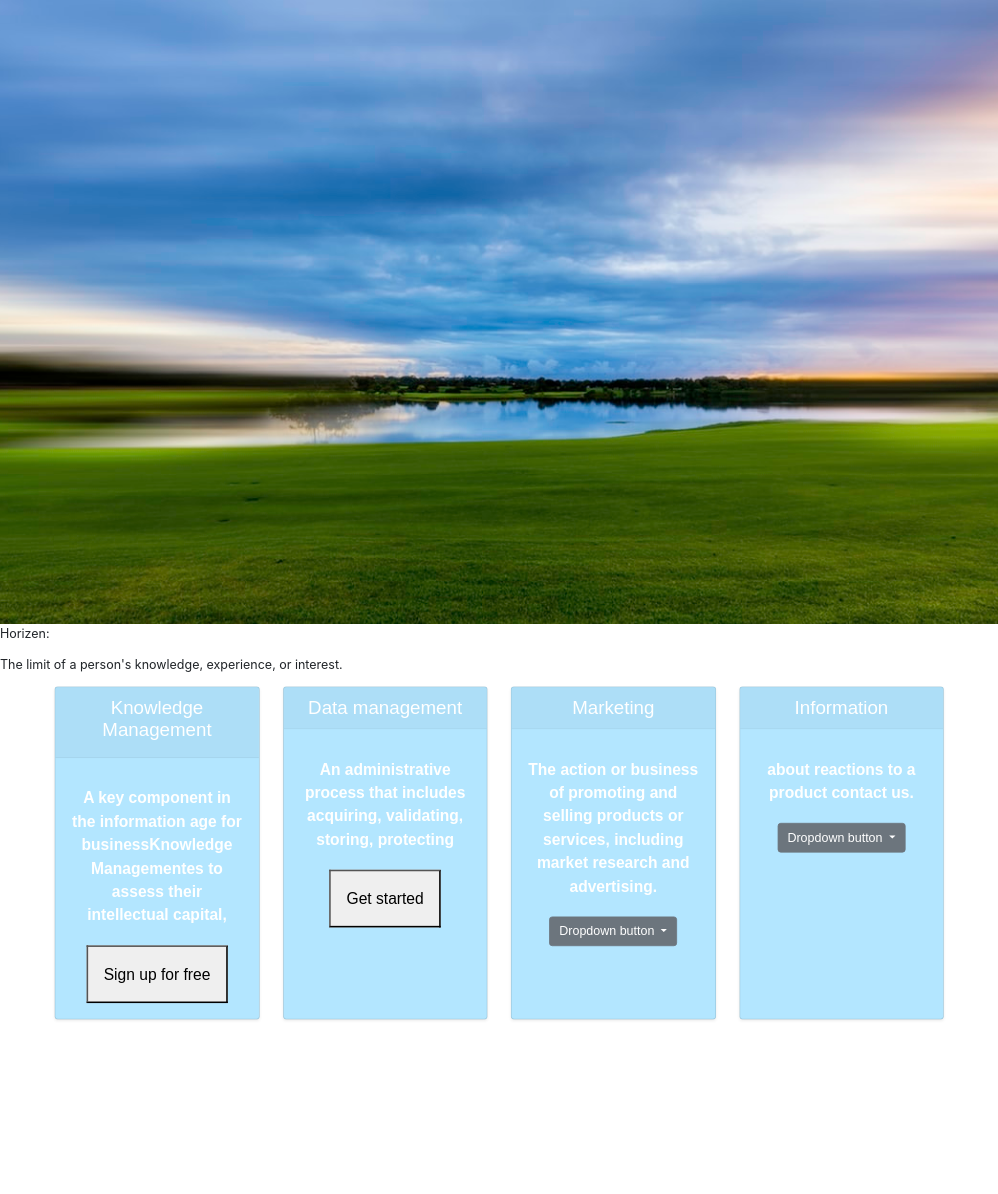
Repository: Code-Institute-Submissions/vahega-my-first-project
Page: index.html
The author's editor kept a record of every edit. The page is drawn from the files as they stood at one moment, then again after the next edit.
The browser window is 1280 px wide. The pictures show the whole page, at 78% of full size.
Backgrounds fixed to the window are drawn as part of the page. Some web fonts or font styles are not loaded; a fallback is used.

Above is the page before.

After the next edit:
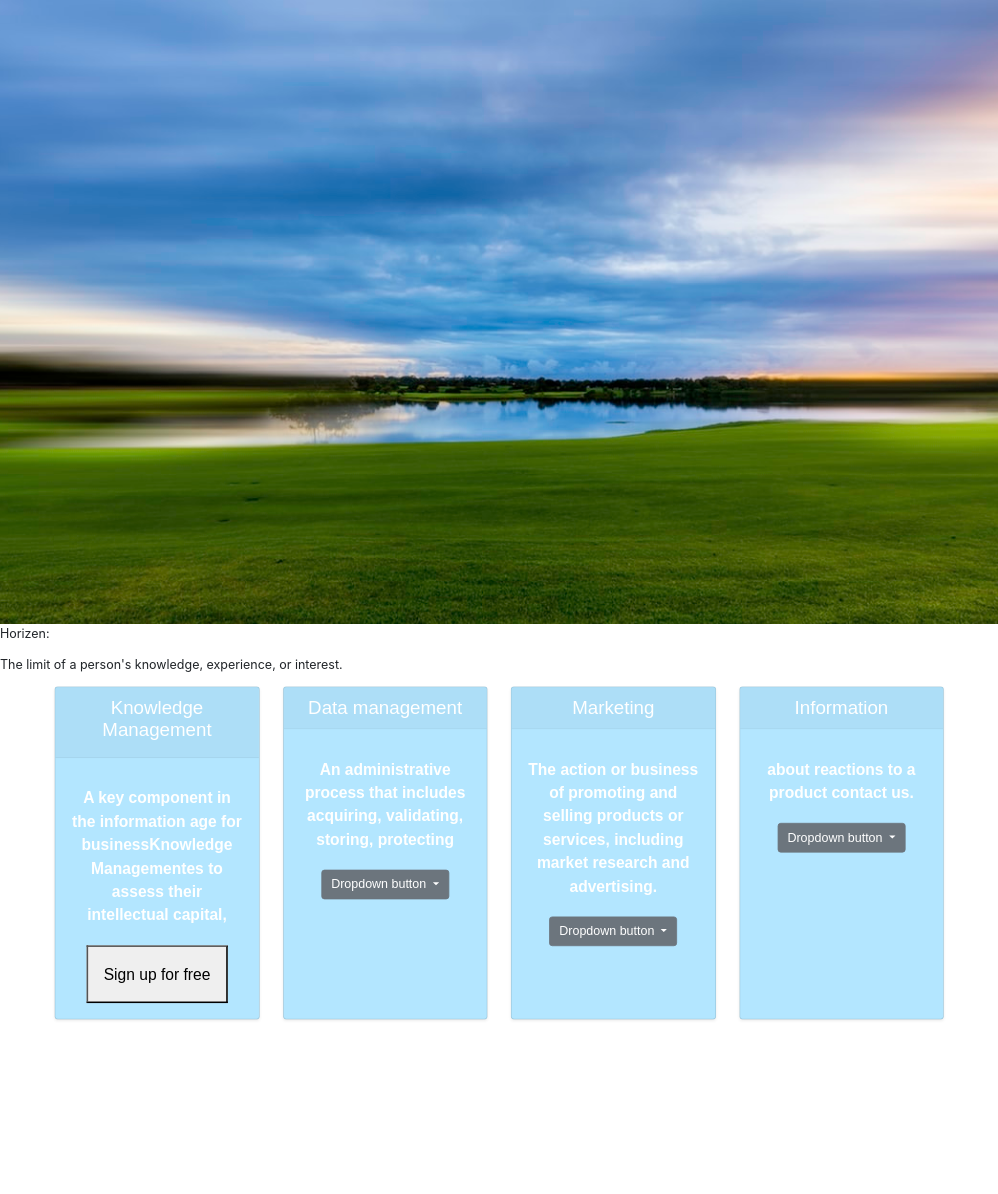
The edit:
--- a/index.html
+++ b/index.html
@@ -60,7 +60,16 @@
           <li>An administrative process that includes acquiring, validating, storing, protecting</li>
 
         </ul>
-        <button type="button" class="card-body">Get started</button>
+        <div class="dropdown">
+  <button class="btn btn-secondary dropdown-toggle" type="button" id="dropdownMenuButton" data-toggle="dropdown" aria-haspopup="true" aria-expanded="false">
+    Dropdown button
+  </button>
+  <div class="dropdown-menu" aria-labelledby="dropdownMenuButton">
+    <a class="dropdown-item" href="#">Action</a>
+    <a class="dropdown-item" href="#">Another action</a>
+    <a class="dropdown-item" href="#">Something else here</a>
+  </div>
+</div>
       </div>
     </div>
     <div class="card mb-4 shadow-sm">
